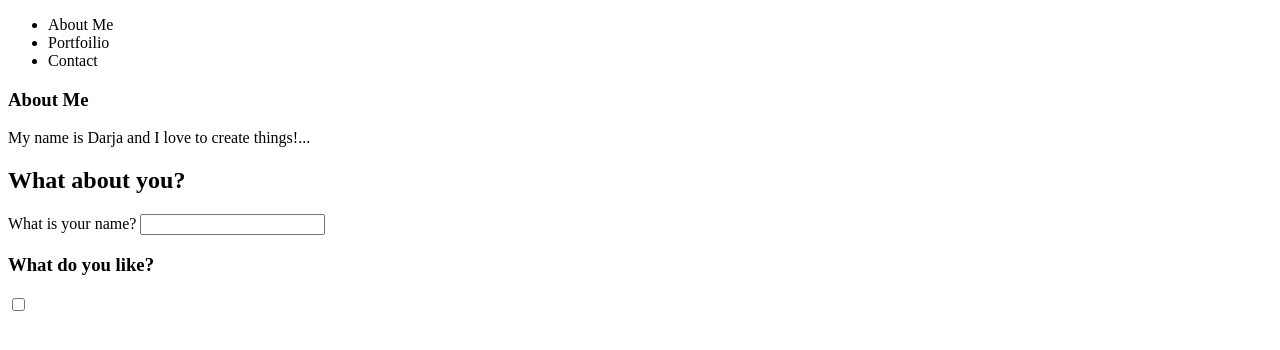
Repository: holyygreg/PortfolioProject
Page: code files/index.html
These files come from the project's save history. The page is drawn as it stood at one moment and after a run of saves; the edit follows.
The browser window is 1280 px wide. The pictures show the whole page.

Above is the page before, as saved 2024-08-02 15:57:50.

### code files/index.html
<!DOCTYPE html>
<html lang="en">
<head>
    <meta charset="UTF-8">
    <meta name="viewport" content="width=device-width, initial-scale=1.0">
    <title>Document</title>
</head>

<body>
    <header>
        <nav>
            <ul>
                <li>About Me</li>
                <li>Portfoilio</li>
                <li>Contact</li>
            </ul>
        </nav>
    </header>

    <section>
        <article>
            <h1>About Me</h1>
            <p>My name is Darja and I love to create things!...</p>
        </article>
    </section>

    <section>
        <h2>What about you?</h2>
        <label>What is your name?</label>
        <input type="text"/>
        <br>

        <h3>What do you like?</h3>
        <input type="checkbox"/>
        <label></label>

    </section>
</body>
</html>

After the next 4 saves:
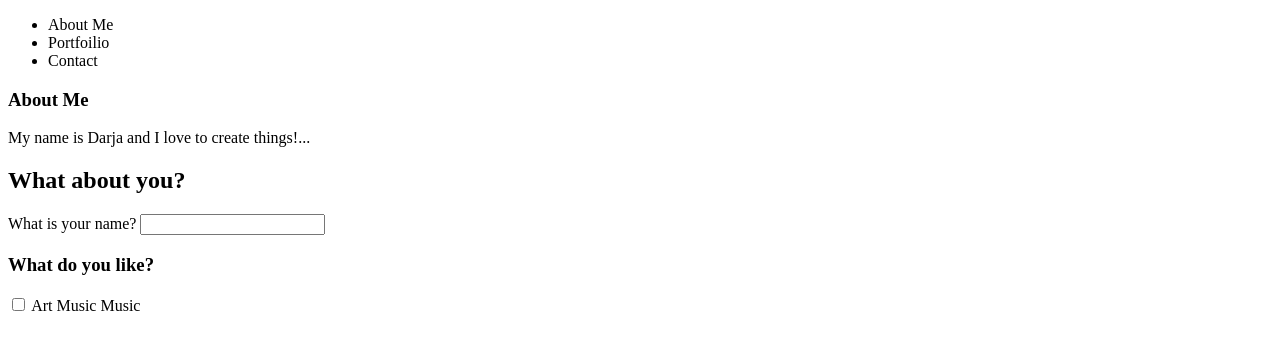
The 4 saves are shown as one change because they came seconds apart.
The last was saved 64 s later.
--- a/code files/index.html
+++ b/code files/index.html
@@ -32,7 +32,9 @@
 
         <h3>What do you like?</h3>
         <input type="checkbox"/>
-        <label></label>
+        <label>Art</label>
+        <label>Music</label>
+        <label>Music</label>
 
     </section>
 </body>
